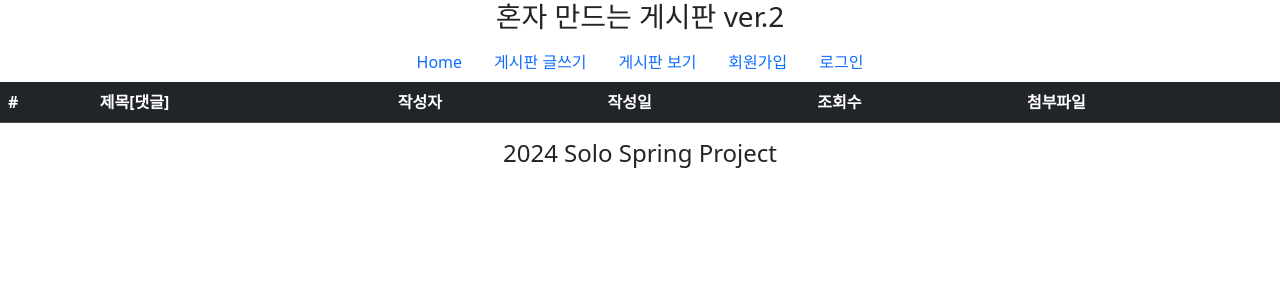
Repository: nefer2/Spring_test
Page: http://localhost/spring_test7/WEB-INF/views/board/list.jsp
The author's editor kept a copy of each file at every save. The page is drawn from the files as they stood at one save, then again after the next save.
The browser window is 1280 px wide. The pictures show the whole page.
The page is served by Tomcat 9. Nobody is signed in. Other server files are loaded and not shown. The template is opened directly, without the code that normally fills it, so the values that code supplies are empty.

Above is the page before, as saved 2024-01-17 05:07:37.

### spring_test7/src/main/webapp/WEB-INF/views/board/list.jsp
<%@ page language="java" contentType="text/html; charset=UTF-8"
    pageEncoding="UTF-8"%>
<%@ taglib uri="http://java.sun.com/jsp/jstl/core" prefix="c" %>
<jsp:include page="../layout/header.jsp"></jsp:include>
<jsp:include page="../layout/navbar.jsp"></jsp:include>




<table class="table table-hover" style="margin-left: auto; margin-right: auto;">
  <thead class="table-dark">
    <tr>
      <th scope="col">#</th>
      <th scope="col">제목[댓글]</th>
      <th scope="col">작성자</th>
      <th scope="col">작성일</th>
      <th scope="col">조회수</th>
      <th scope="col">첨부파일</th>
    </tr>
  </thead>
  <tbody class="table-group-divider">
	  <c:forEach items="${list }" var="bvo">
	    <tr>
	      <th scope="row">${bvo.bno }</th>

	      <td><a href="/board/detail?bno=${bvo.bno }" style="text-decoration:none;color: black">${bvo.title }
	      <c:if test="${bvo.cmtQty ne '0'}">[${bvo.cmtQty }]
	      </c:if>
	      </a></td>

	      <td>${bvo.writer }</td>
	      <td>${bvo.regAt }</td>
	      <td>${bvo.readCount }</td>
	      <td>${bvo.hasFile }</td>

	    </tr>
	  </c:forEach>
  </tbody>
</table>
<jsp:include page="../layout/footer.jsp"></jsp:include>

### spring_test7/src/main/webapp/WEB-INF/views/layout/header.jsp
<%@ page language="java" contentType="text/html; charset=UTF-8"
    pageEncoding="UTF-8"%>
<!DOCTYPE html>
<html>
<head>
<h3 style="text-align: center;">혼자 만드는 게시판 ver.2</h3>
</head>

### spring_test7/src/main/webapp/WEB-INF/views/layout/navbar.jsp
<%@ page language="java" contentType="text/html; charset=UTF-8"
    pageEncoding="UTF-8"%>


<script src="https://cdn.jsdelivr.net/npm/bootstrap@5.3.1/dist/js/bootstrap.bundle.min.js" integrity="sha384-HwwvtgBNo3bZJJLYd8oVXjrBZt8cqVSpeBNS5n7C8IVInixGAoxmnlMuBnhbgrkm" crossorigin="anonymous"></script>
<link href="https://cdn.jsdelivr.net/npm/bootstrap@5.3.1/dist/css/bootstrap.min.css" rel="stylesheet" integrity="sha384-4bw+/aepP/YC94hEpVNVgiZdgIC5+VKNBQNGCHeKRQN+PtmoHDEXuppvnDJzQIu9" crossorigin="anonymous">


<ul class="nav justify-content-center">

  <li class="nav-item">
    <a class="nav-link active" aria-current="page" href="/">Home</a>
  </li>
  <li class="nav-item">
    <a class="nav-link" href="/board/register">게시판 글쓰기</a>
  </li>
  <li class="nav-item">
    <a class="nav-link" href="/board/list">게시판 보기</a>
  </li>
    <li class="nav-item">
    <a class="nav-link" href="#">회원가입</a>
  </li>
    <li class="nav-item">
    <a class="nav-link" href="#">로그인</a>
  </li>
</ul>

### spring_test7/src/main/webapp/WEB-INF/views/layout/footer.jsp
<%@ page language="java" contentType="text/html; charset=UTF-8"
    pageEncoding="UTF-8"%>




<div><h4 style="text-align: center;">2024 Solo Spring Project</h4></div>

</body>
</html>

After the next save:
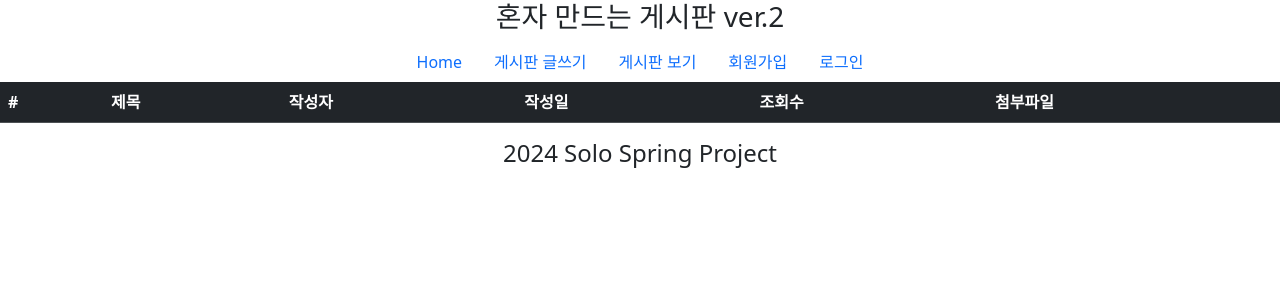
Saved 25 min 38 s later.
--- a/spring_test7/src/main/webapp/WEB-INF/views/board/list.jsp
+++ b/spring_test7/src/main/webapp/WEB-INF/views/board/list.jsp
@@ -11,7 +11,7 @@
   <thead class="table-dark">
     <tr>
       <th scope="col">#</th>
-      <th scope="col">제목[댓글]</th>
+      <th scope="col">제목</th>
       <th scope="col">작성자</th>
       <th scope="col">작성일</th>
       <th scope="col">조회수</th>
